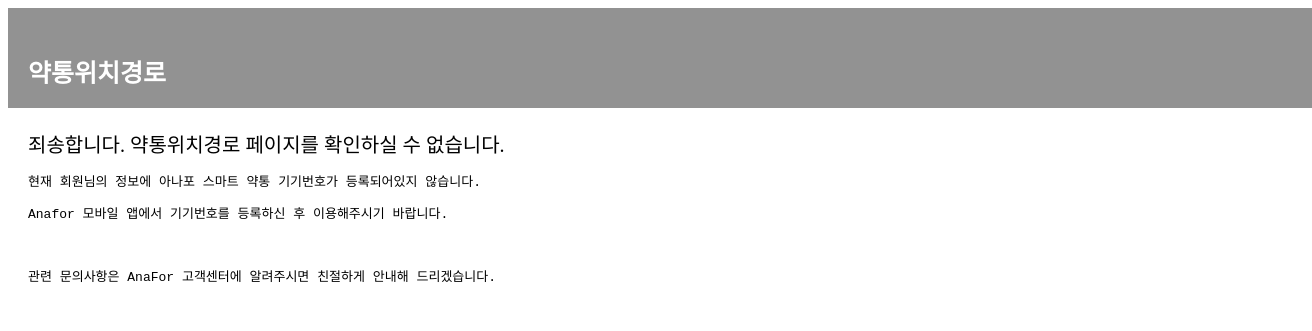
Repository: euzny/Spring-Website
Page: http://localhost/anafor/WEB-INF/views/my_info/notAccept.jsp
The author's editor kept a copy of each file at every save. The page is drawn from the files as they stood at one save, then again after the next save.
The browser window is 1280 px wide. The page is 1312 px wide, so the pictures cover 1312 px, including what lies to the right of the window. The pictures show the whole page.
The page is served by Tomcat 9. Nobody is signed in. Other server files are loaded and not shown. The template is opened directly, without the code that normally fills it, so the values that code supplies are empty.

Above is the page before, as saved 2022-06-23 02:05:13.

### Workspace/anafor/src/main/webapp/WEB-INF/views/my_info/notAccept.jsp
<%@ page language="java" contentType="text/html; charset=UTF-8"
    pageEncoding="UTF-8"%>
<!DOCTYPE html>
<html>
<head>
<meta charset="UTF-8">
<title>Insert title here</title>
<style>
 	#header {
	   width:100%;
	   height:60px;
	   padding: 20px;
	   background-color:#929292;
	   border-bottom: 1px solid white;
	}
	#header h3{
	   font-size: 25px;
	   font-weight: bold;
	   text-align: left;
	   color: white;
	}

	#notice{
		width : 80%;
		text-align:left;
		margin:20px 0px 0px 20px;
	}
	#notice h3{
	   font-size: 20px;
	   font-weight:500;
	   margin-bottom:5px;
	}
   	</style>
</head>
<body>
<div id="header">
  	<h3>약통위치경로</h3>
</div>
<div id="notice">
	<h3>죄송합니다. 약통위치경로 페이지를 확인하실 수 없습니다.</h3>
		<pre>현재 회원님의 정보에 아나포 스마트 약통 기기번호가 등록되어있지 않습니다.</pre>
		<pre>Anafor 모바일 앱에서 기기번호를 등록하신 후 이용해주시기 바랍니다.</pre>
		<br>
		<pre>관련 문의사항은 AnaFor 고객센터에 알려주시면 친절하게 안내해 드리겠습니다.</pre>
</div>
</body>
</html>

After the next save:
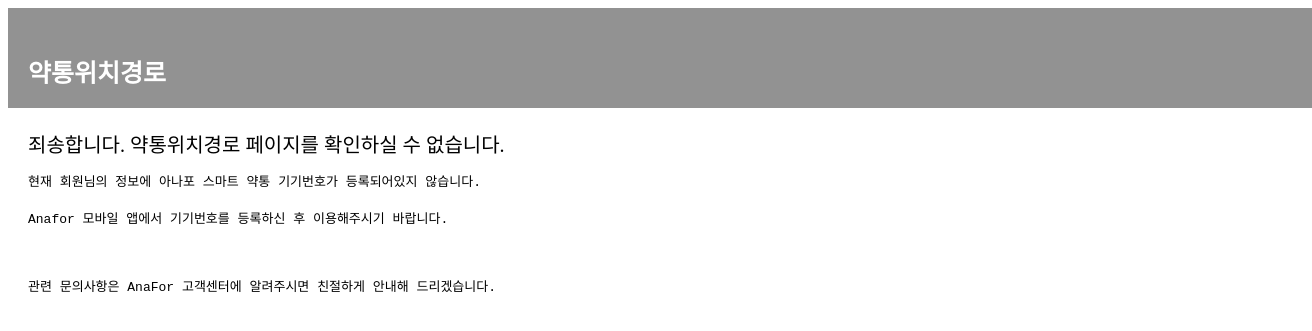
Saved 25 s later.
--- a/Workspace/anafor/src/main/webapp/WEB-INF/views/my_info/notAccept.jsp
+++ b/Workspace/anafor/src/main/webapp/WEB-INF/views/my_info/notAccept.jsp
@@ -30,6 +30,9 @@
 	   font-weight:500;
 	   margin-bottom:5px;
 	}
+	#notice pre{
+		padding-bottom:5px;
+	}
    	</style>
 </head>
 <body>
